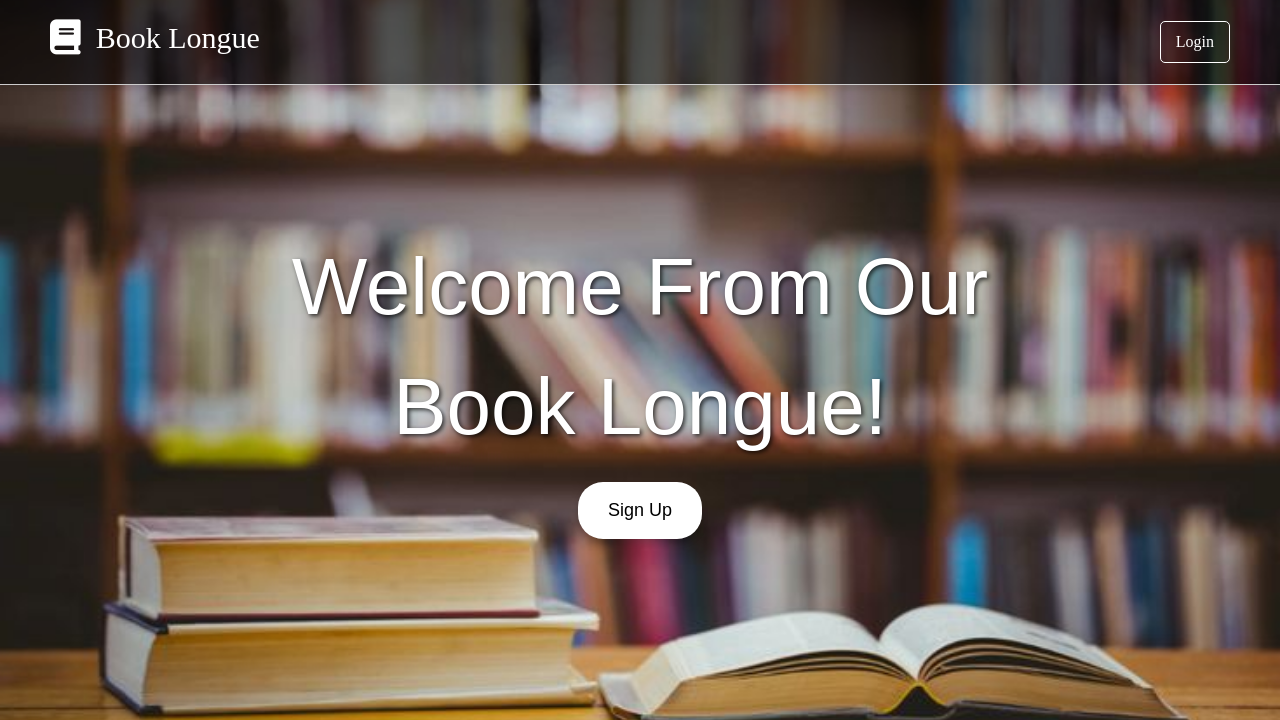
Repository: moehaymanmyint/Book-Longue-Web-System
Page: pages/GetStarted.html
The author's editor kept a copy of each file at every save. The page is drawn from the files as they stood at one save, then again after the next save.
The browser window is 1280 px wide. The pictures show the whole page.
Some web fonts or font styles are not loaded; a fallback is used.

Above is the page before, as saved 2024-12-30 11:36:56.

### pages/GetStarted.html
<!DOCTYPE html>
<html lang="en">
<head>
    <meta charset="UTF-8">
    <meta name="viewport" content="width=device-width, initial-scale=1.0">
    <title>Book Longue - Get Started</title>
    <link href="https://cdn.jsdelivr.net/npm/bootstrap@5.3.3/dist/css/bootstrap.min.css" rel="stylesheet" integrity="sha384-QWTKZyjpPEjISv5WaRU9OFeRpok6YctnYmDr5pNlyT2bRjXh0JMhjY6hW+ALEwIH" crossorigin="anonymous">
    <script src="https://cdn.jsdelivr.net/npm/bootstrap@5.3.3/dist/js/bootstrap.bundle.min.js" integrity="sha384-YvpcrYf0tY3lHB60NNkmXc5s9fDVZLESaAA55NDzOxhy9GkcIdslK1eN7N6jIeHz" crossorigin="anonymous"></script>
    <link rel="stylesheet" href="../style/GetStarted.css">
    <link rel="stylesheet" href="https://cdnjs.cloudflare.com/ajax/libs/font-awesome/6.7.2/css/all.min.css" integrity="sha512-Evv84Mr4kqVGRNSgIGL/F/aIDqQb7xQ2vcrdIwxfjThSH8CSR7PBEakCr51Ck+w+/U6swU2Im1vVX0SVk9ABhg==" crossorigin="anonymous" referrerpolicy="no-referrer" />
    <link rel="preconnect" href="https://fonts.googleapis.com">
</head>
<body>
    <div class="nav-bar">
        <div class="left">
            <i class="fa-solid fa-book"></i>
            <h1>Book Longue</h1>
        </div>
        <div class="right">
            <button type="button" class="login-btn btn btn-light"><a href="../pages/login.html">Login</a></button>
        </div>
    </div>
    <div class="content">
        <h1>Welcome From Our<br>Book Longue!</h1>
        <button type="button" class="btn btn-light"><a href="../pages/signup.html">Sign Up</a></button>
    </div>
</body>
</html>

### style/GetStarted.css
@import url('https://fonts.googleapis.com/css2?family=Playwrite+GB+S:ital,wght@0,100..400;1,100..400&display=swap');

body {
    background-image: url(../src/GetStart-bg.jpg);
    font-family: "Playwrite GB S", serif;
    background-size: cover;
    background-repeat: no-repeat;
    background-position: center;
    height: 100vh;
    color: #ffffff;
    font-family: 'Arial', sans-serif;
    margin: 0;
}

.nav-bar {
    display: flex;
    justify-content: space-between;
    align-items: center;
    font-family: "Playwrite GB S", serif;
    padding: 20px 50px;
    background-color: rgba(0, 0, 0, 0.6);
    border-bottom: 1px solid #ccc;
    position: fixed;
    width: 100%;
    z-index: 10;
    box-shadow: 0px 4px 6px rgba(0, 0, 0, 0.1);
}

.nav-bar .left{
    display: flex;
    justify-content: center;
}

.nav-bar .left i {
    font-size: 35px;
    margin-right: 15px;
    color: #fff;
}

.nav-bar h1 {
    font-size: 30px;
    color: #fff;
}

.nav-bar button {
    border: 1px solid #fff;
    background-color: transparent;
    color: #fff;
    padding: 8px 15px;
    border-radius: 5px;
    cursor: pointer;
    transition: 0.3s;
}

.nav-bar button:hover {
    background-color: #fff;
    color: #000;
}

.right a {
    text-decoration: none;
    color: white;
}

.right a:hover{
    color: #000;
}

.content a {
    text-decoration: none;
    color: black;
}

.content {
    display: flex;
    flex-direction: column;
    align-items: center;
    justify-content: center;
    text-align: center;
    height: 100%;
    padding-top: 30px;
}

.content h1 {
    font-size: 80px;
    text-align: center;
    line-height: 1.5;
    margin: 15px 0;
    color: #ffffff;
    text-shadow: 2px 2px 4px rgba(0, 0, 0, 0.7);
}
.content button {
    border: none;
    padding: 15px 30px;
    font-size: 18px;
    color: #000;
    background-color: #fff;
    border-radius: 25px;
    cursor: pointer;
    box-shadow: 0px 4px 6px rgba(0, 0, 0, 0.2);
    transition: 0.3s;
}

.content button:hover {
    background-color: #9d2f2f;
    color: #fff;
    transform: translateY(-2px);
}

After the next save:
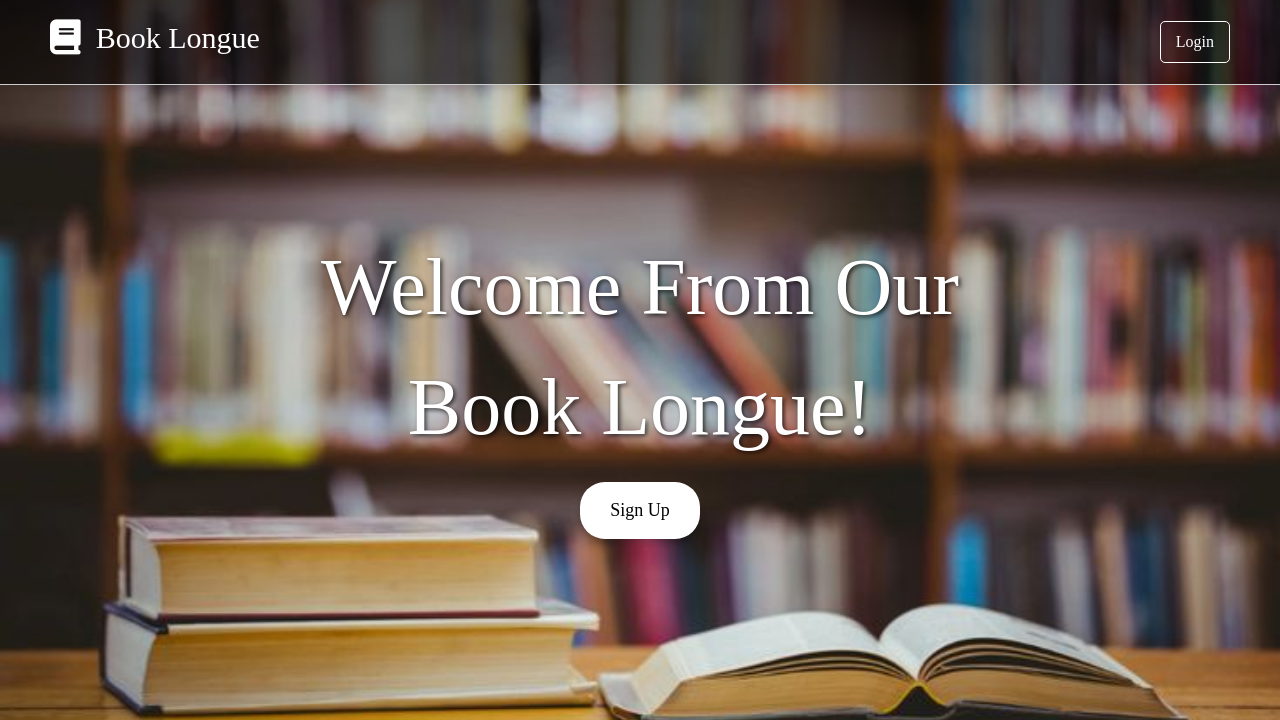
Saved 16 s later.
--- a/style/GetStarted.css
+++ b/style/GetStarted.css
@@ -1,8 +1,9 @@
 @import url('https://fonts.googleapis.com/css2?family=Playwrite+GB+S:ital,wght@0,100..400;1,100..400&display=swap');
-
+*{
+    font-family: "Playwrite GB S", serif;
+}
 body {
     background-image: url(../src/GetStart-bg.jpg);
-    font-family: "Playwrite GB S", serif;
     background-size: cover;
     background-repeat: no-repeat;
     background-position: center;
@@ -16,7 +17,6 @@ body {
     display: flex;
     justify-content: space-between;
     align-items: center;
-    font-family: "Playwrite GB S", serif;
     padding: 20px 50px;
     background-color: rgba(0, 0, 0, 0.6);
     border-bottom: 1px solid #ccc;
